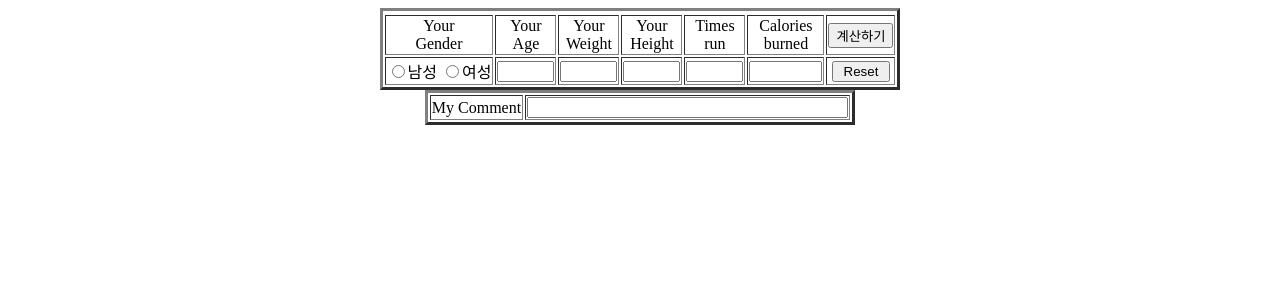
Repository: lgy880/AIWebDevelopment
Page: RUN_WAY/src/main/resources/static/html/ver2.html
The author's editor kept a copy of each file at every save. The page is drawn from the files as they stood at one save, then again after the next save.
The browser window is 1280 px wide. The pictures show the whole page.

Above is the page before, as saved 2021-08-05 06:56:19.

### RUN_WAY/src/main/resources/static/html/ver2.html
<!DOCTYPE html>
<html>
<head>
<meta charset="UTF-8">
<title>Insert title here</title>
</HEAD>

<BODY>
	<SCRIPT LANGUAGE="JavaScript">
		var myGender;
		var myAge;
		var myHeight;
		var myWeight;
		var myDistance;

		function HowMany(form) {
			var difference;
			difference = (66 + (13.7 * myWeight(kg)) + (5 * myHeight(cm)) - (6.8 * myAge)) * 3 / 24 * myTime;
			//if (myGender == "Male") {
			//	difference = (66 + (13.7 * myWeight(kg)) + (5 * myHeight(cm)) - (6.8 * myAge)) * 3 / 24 * myTime;
			//} else if (myGender == "Female") {
			//	difference = (55 + (9.6 * myWeight(kg)) + (1.8 * myHeight(cm)) - (4.7 * myAge)) * 3 / 24 * myTime;
			//}

			form.Fdiff.value = difference;

			if (difference < 100) {
				form.comment.value = "You better start working!";
			}
			if (difference > 101 && difference < 200) {
				form.comment.value = "Nice run, but you can do better.";
			}
			if (difference > 201 && difference < 300) {
				form.comment.value = "Very good! Push above 300 next time.";
			}
			if (difference > 301 && difference < 500) {
				form.comment.value = "Great! Your a runner.....keep it up!";
			}
			if (difference > 501 && difference < 700) {
				form.comment.value = "Bill Rogers move over!";
			}
			if (difference > 701) {
				form.comment.value = "Your my hero! Have a jelly doughnut.";
			}

		}

		function SetMyWeight(weight) {
			myWeight = weight.value;
		}

		function SetmyDistance(dis) {
			myDistance = dis.value;
		}

		function ClearForm(form) {

			form.myWeight.value = "";
			form.myDistance.value = "";
			form.Fdiff.value = "";
			form.comment.value = "";

		}
	</SCRIPT>
	<center>
		<FORM METHOD="POST">
			<TABLE border=3>
				<TR>
				<TR>
					<TD><div align=center>
							Your<br>Gender
						</div></TD>
					<TD><div align=center>
							Your<br>Age
						</div></TD>
					<TD><div align=center>
							Your<br>Weight
						</div></TD>
					<TD><div align=center>
							Your<br>Height
						</div></TD>
					<TD><div align=center>
							Times<br>run
						</div></TD>

					<TD><div align=center>
							Calories<br>burned
						</div></TD>
					<TD><INPUT TYPE=BUTTON ONCLICK="HowMany(this.form)"
						VALUE="계산하기"></TD>
				</TR>
				<tr>
					<TD><div align=center>
							<INPUT TYPE='radio' name="Male" value='Male' ONCHANGE="SetmyGender(this)">남성
							<INPUT TYPE='radio' name="Female" value='Female' ONCHANGE="SetmyGender(this)">여성
						</div></TD>
					<TD><div align=center>
							<INPUT TYPE=text NAME=myAge SIZE="4" ONCHANGE="SetmyAge(this)">
						</div></TD>
					<TD><div align=center>
							<INPUT TYPE=text NAME=myWeight SIZE="4"
								ONCHANGE="SetmyWeight(this)">
						</div></TD>
					<TD><div align=center>
							<INPUT TYPE=text NAME=myHeight SIZE="4"
								ONCHANGE="SetmyHeight(this)">
						</div></TD>
					<TD><div align=center>
							<INPUT TYPE=text NAME=myTime SIZE="4" ONCHANGE="SetmyTime(this)">
						</div></TD>
					<TD><div align=center>
							<INPUT TYPE=text NAME="Fdiff" VALUE="" SIZE="6">
						</div></TD>
					<TD><div align=center>
							<INPUT TYPE=BUTTON VALUE=" Reset " onClick="ClearForm(this.form)">
						</div>
				</tr>
			</table>
			<table border=3>
				<tr>
					<TD><DIV ALIGN=CENTER>My Comment</DIV></TD>
					<TD><INPUT TYPE=text NAME="comment" size="37"></td>
				</TR>
			</TABLE>
		</FORM>
	</center>


</BODY>
</HTML>

After the next save:
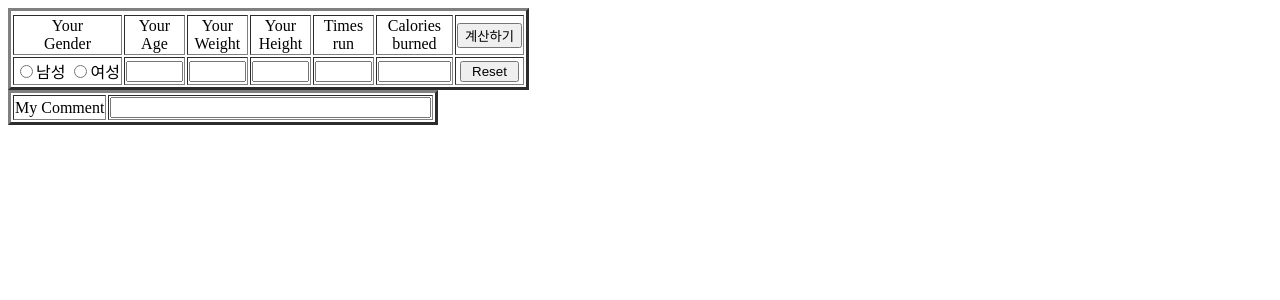
Saved 22 s later.
--- a/RUN_WAY/src/main/resources/static/html/ver2.html
+++ b/RUN_WAY/src/main/resources/static/html/ver2.html
@@ -15,7 +15,8 @@
 
 		function HowMany(form) {
 			var difference;
-			difference = (66 + (13.7 * myWeight(kg)) + (5 * myHeight(cm)) - (6.8 * myAge)) * 3 / 24 * myTime;
+			difference = (66 + (13.7 * myWeight(kg)) + (5 * myHeight(cm)) - (6.8 * myAge))
+					* 3 / 24 * myTime;
 			//if (myGender == "Male") {
 			//	difference = (66 + (13.7 * myWeight(kg)) + (5 * myHeight(cm)) - (6.8 * myAge)) * 3 / 24 * myTime;
 			//} else if (myGender == "Female") {
@@ -62,68 +63,67 @@
 
 		}
 	</SCRIPT>
-	<center>
-		<FORM METHOD="POST">
-			<TABLE border=3>
-				<TR>
-				<TR>
-					<TD><div align=center>
-							Your<br>Gender
-						</div></TD>
-					<TD><div align=center>
-							Your<br>Age
-						</div></TD>
-					<TD><div align=center>
-							Your<br>Weight
-						</div></TD>
-					<TD><div align=center>
-							Your<br>Height
-						</div></TD>
-					<TD><div align=center>
-							Times<br>run
-						</div></TD>
+	<FORM METHOD="POST">
+		<TABLE border=3>
+			<TR>
+			<TR>
+				<TD><div align=center>
+						Your<br>Gender
+					</div></TD>
+				<TD><div align=center>
+						Your<br>Age
+					</div></TD>
+				<TD><div align=center>
+						Your<br>Weight
+					</div></TD>
+				<TD><div align=center>
+						Your<br>Height
+					</div></TD>
+				<TD><div align=center>
+						Times<br>run
+					</div></TD>
 
-					<TD><div align=center>
-							Calories<br>burned
-						</div></TD>
-					<TD><INPUT TYPE=BUTTON ONCLICK="HowMany(this.form)"
-						VALUE="계산하기"></TD>
-				</TR>
-				<tr>
-					<TD><div align=center>
-							<INPUT TYPE='radio' name="Male" value='Male' ONCHANGE="SetmyGender(this)">남성
-							<INPUT TYPE='radio' name="Female" value='Female' ONCHANGE="SetmyGender(this)">여성
-						</div></TD>
-					<TD><div align=center>
-							<INPUT TYPE=text NAME=myAge SIZE="4" ONCHANGE="SetmyAge(this)">
-						</div></TD>
-					<TD><div align=center>
-							<INPUT TYPE=text NAME=myWeight SIZE="4"
-								ONCHANGE="SetmyWeight(this)">
-						</div></TD>
-					<TD><div align=center>
-							<INPUT TYPE=text NAME=myHeight SIZE="4"
-								ONCHANGE="SetmyHeight(this)">
-						</div></TD>
-					<TD><div align=center>
-							<INPUT TYPE=text NAME=myTime SIZE="4" ONCHANGE="SetmyTime(this)">
-						</div></TD>
-					<TD><div align=center>
-							<INPUT TYPE=text NAME="Fdiff" VALUE="" SIZE="6">
-						</div></TD>
-					<TD><div align=center>
-							<INPUT TYPE=BUTTON VALUE=" Reset " onClick="ClearForm(this.form)">
-						</div>
-				</tr>
-			</table>
-			<table border=3>
-				<tr>
-					<TD><DIV ALIGN=CENTER>My Comment</DIV></TD>
-					<TD><INPUT TYPE=text NAME="comment" size="37"></td>
-				</TR>
-			</TABLE>
-		</FORM>
-	</center>
+				<TD><div align=center>
+						Calories<br>burned
+					</div></TD>
+				<TD><INPUT TYPE=BUTTON ONCLICK="HowMany(this.form)"
+					VALUE="계산하기"></TD>
+			</TR>
+			<tr>
+				<TD><div align=center>
+						<INPUT TYPE='radio' name="Male" value='Male'
+							ONCHANGE="SetmyGender(this)">남성 <INPUT TYPE='radio'
+							name="Female" value='Female' ONCHANGE="SetmyGender(this)">여성
+					</div></TD>
+				<TD><div align=center>
+						<INPUT TYPE=text NAME=myAge SIZE="4" ONCHANGE="SetmyAge(this)">
+					</div></TD>
+				<TD><div align=center>
+						<INPUT TYPE=text NAME=myWeight SIZE="4"
+							ONCHANGE="SetmyWeight(this)">
+					</div></TD>
+				<TD><div align=center>
+						<INPUT TYPE=text NAME=myHeight SIZE="4"
+							ONCHANGE="SetmyHeight(this)">
+					</div></TD>
+				<TD><div align=center>
+						<INPUT TYPE=text NAME=myTime SIZE="4" ONCHANGE="SetmyTime(this)">
+					</div></TD>
+				<TD><div align=center>
+						<INPUT TYPE=text NAME="Fdiff" VALUE="" SIZE="6">
+					</div></TD>
+				<TD><div align=center>
+						<INPUT TYPE=BUTTON VALUE=" Reset " onClick="ClearForm(this.form)">
+					</div>
+			</tr>
+		</table>
+		<table border=3>
+			<tr>
+				<TD><DIV ALIGN=CENTER>My Comment</DIV></TD>
+				<TD><INPUT TYPE=text NAME="comment" size="37"></td>
+			</TR>
+		</TABLE>
+	</FORM>
 
 
 </BODY>
